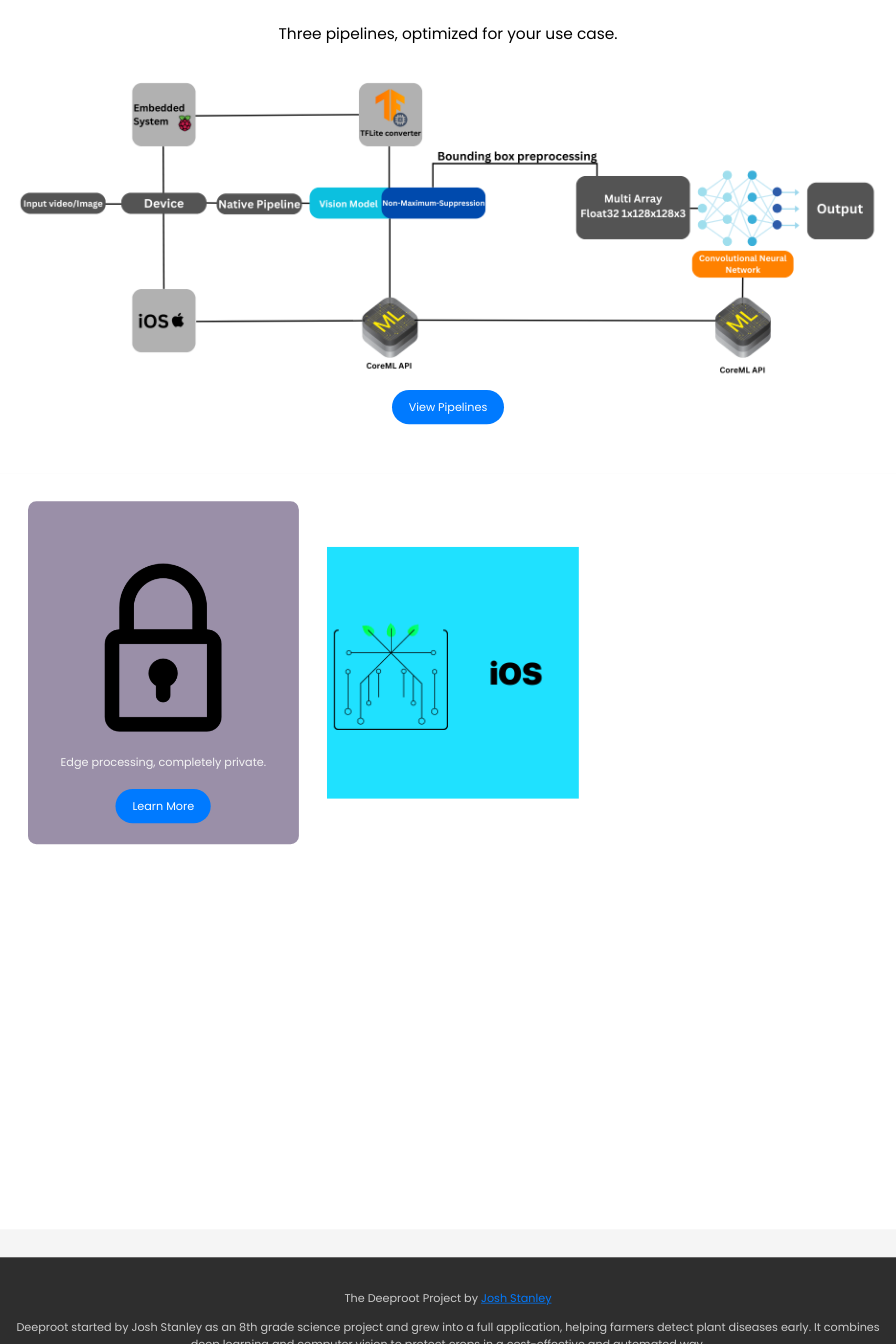
Repository: jss1118/The-Deeproot-Project
Page: Website/index.html
An editor plug-in stored every save of this project. The page is shown before and after the next save, followed by the edit.
The browser window is 1280 px wide. The pictures show the part of the page from y = 1233 to 3153 px (the page is 3212 px tall), at 70% of full size.

Above is the page before, as saved 2025-03-21 13:21:11.

### Website/index.html
<!DOCTYPE html>
<html lang="en">

<head>
  <meta charset="UTF-8">
  <meta name="viewport" content="width=device-width, initial-scale=1.0">
  <title>Deeproot A.I</title>
  <link href="https://fonts.googleapis.com/css2?family=Poppins:wght@400;600&display=swap" rel="stylesheet">
  <style>
    body {
      margin: 0;
      font-family: 'Poppins', sans-serif;
      overflow-x: hidden;
      background-color: #f5f5f5;
    }

    nav {
      background: rgba(22, 22, 22, 0.9);
      position: sticky;
      top: 0;
      width: 100%;
      z-index: 1000;
      display: flex;
      justify-content: center;
    }

    .navlinks {
      list-style: none;
      display: flex;
      gap: 30px;
      padding: 15px;
      margin: 0;
    }

    .navlink, .navicon svg {
      color: #d3d3d3;
      text-decoration: none;
      transition: color 0.3s;
    }

    .navlink:hover, .mainpagelink a:hover {
      color: white;
    }

    .mainpage2, .mainpage3, .mainpage4 {
      padding: 60px 20px;
      text-align: center;
    }

    .mainpage2 {
      background: linear-gradient(135deg, #2e2e2e, #4f4f4f);
      color: white;
    }

    .mainpage2 img, .mainpage3 img, .promo1 img {
      max-width: 100%;
      height: auto;

    }

    .mp2-title1 {
      font-size: 56px;
      font-weight: 600;
      margin-bottom: 15px;
    }

    .mp2-desc, .mp3desc {
      font-size: 22px;
      margin-bottom: 25px;
    }

    .mainpagelink a {
      display: inline-block;
      margin: 10px;
      padding: 12px 24px;
      background: #007aff;
      color: white;
      border-radius: 25px;
      text-decoration: none;
      transition: background 0.3s;
    }

    .mainpage3 {
      background: white;
    }

    .mainpage3 img {
      margin-top: 20px;
      border-radius: 12px;
    }

    .mainpage4 {
      display: grid;
      grid-template-columns: repeat(auto-fit, minmax(300px, 1fr));
      gap: 20px;
      background-color: white;
      padding: 40px;
    }

    .promo1, .promo2, .promo3, .promo4, .promo5, .promo6 {
      background-size: cover;
      background-position: center;
      height: 450px;
      display: flex;
      flex-direction: column;
      justify-content: flex-end;
      padding: 20px;
      color: white;
      border-radius: 12px;
      position: relative;
    }

    .promo1 img, .promo2 img, .promo3 img, .promo4 img, .promo5 img, .promo6 img {
      margin-bottom: 10px;
    }

    .promo1 {
      background-color: #9a8fa8;
      color: #f5f5f5;
    }
    .promo1 img {
      width: 240px;
      height: auto;
      margin: 0 auto 15px auto;
      display: block;
      background: none;
    }

    .promo2 img {
      width: 360px;
      height: auto;
      margin: 0 auto 15px auto;
      display: block;
      background-color: rgb(31, 225, 255);
      position: relative;
      bottom: 30px;
    }

    footer {
      background-color: #2e2e2e;
      color: #ccc;
      text-align: center;
      padding: 30px 20px;
      margin-top: 40px;
    }

    footer a {
      color: #007aff;
      text-decoration: underline;
    }

    @media (max-width: 768px) {
      .mp2-title1 { font-size: 40px; }
      .mp2-desc, .mp3desc { font-size: 18px; }
      .mainpagelink a { padding: 10px 20px; }
    }
  </style>
</head>

<body>
  <nav>
    <ul class="navlinks">
      <li><a class="navlink" href="/">iOS</a></li>
      <li><a class="navlink" href="/applestore">Raspberry Pi 5</a></li>
      <li><a class="navlink" href="/">Native</a></li>
      <li><a class="navlink" href="/">State-of-the-art Models</a></li>
      <li><a class="navlink" href="/">Developers</a></li>
    </ul>
  </nav>

  <section class="mainpage2">
    <h1 class="mp2-title1">Deeproot</h1>
    <p class="mp2-desc">Portable. Fast. Secure.</p>
    <p class="mp2-desc">The all-in-one automated solution for early plant disease detection.</p>
    <div class="mainpagelink"><a href="#">Learn More</a></div>
    <img src="wide logo.png" alt="Deeproot Logo">
  </section>

  <section class="mainpage3">
    <p class="mp3desc">Three pipelines, optimized for your use case.</p>
    <img src="newgraph.png" alt="Machine Learning Pipelines">
    <div class="mainpagelink"><a href="#">View Pipelines</a></div>
  </section>

  <section class="mainpage4">
    <div class="promo1">
      <img src="lock.fill.png" alt="Promo icon">
      <p>Edge processing, completely private.</p>
      <div class="mainpagelink"><a href="#">Learn More</a></div>
    </div>
    <div class="promo2">
      <img src="deeprootios.png" alt="ios icon">
    </div>


    <div class="promo3"></div>
    <div class="promo4"></div>
    <div class="promo5"></div>
    <div class="promo6"></div>
  </section>

  <footer>
    <p>The Deeproot Project by <a href="https://github.com/iamreiyn">Josh Stanley</a></p>
    <p>Deeproot started by Josh Stanley as an 8th grade science project and grew into a full application, helping farmers detect plant diseases early. It combines deep learning and computer vision to protect crops in a cost-effective and automated way.</p>
  </footer>
</body>
</html>

After the next save:
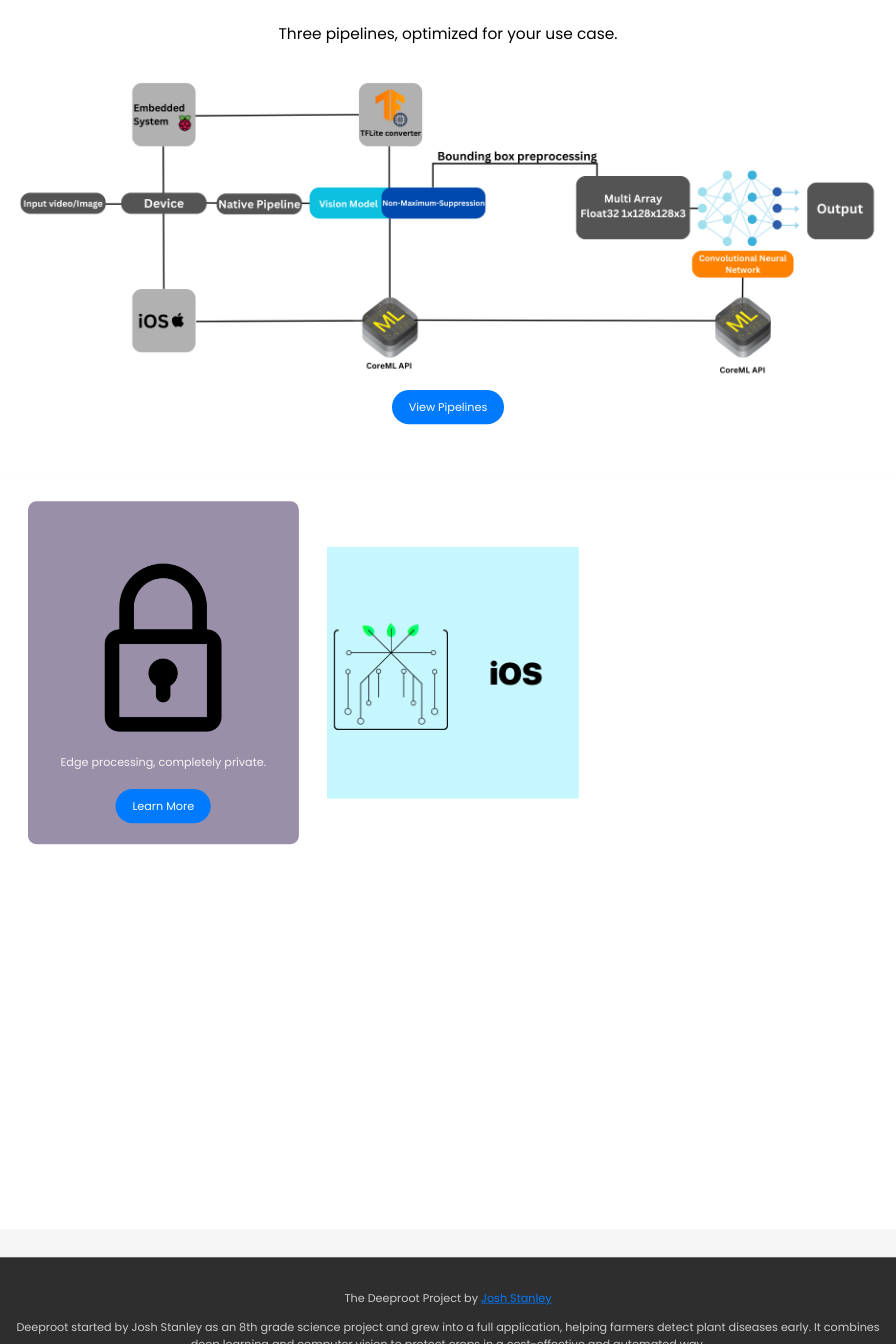
Saved 57 s later.
--- a/Website/index.html
+++ b/Website/index.html
@@ -131,7 +131,7 @@
       height: auto;
       margin: 0 auto 15px auto;
       display: block;
-      background-color: rgb(31, 225, 255);
+      background-color: rgb(199, 247, 254);
       position: relative;
       bottom: 30px;
     }
